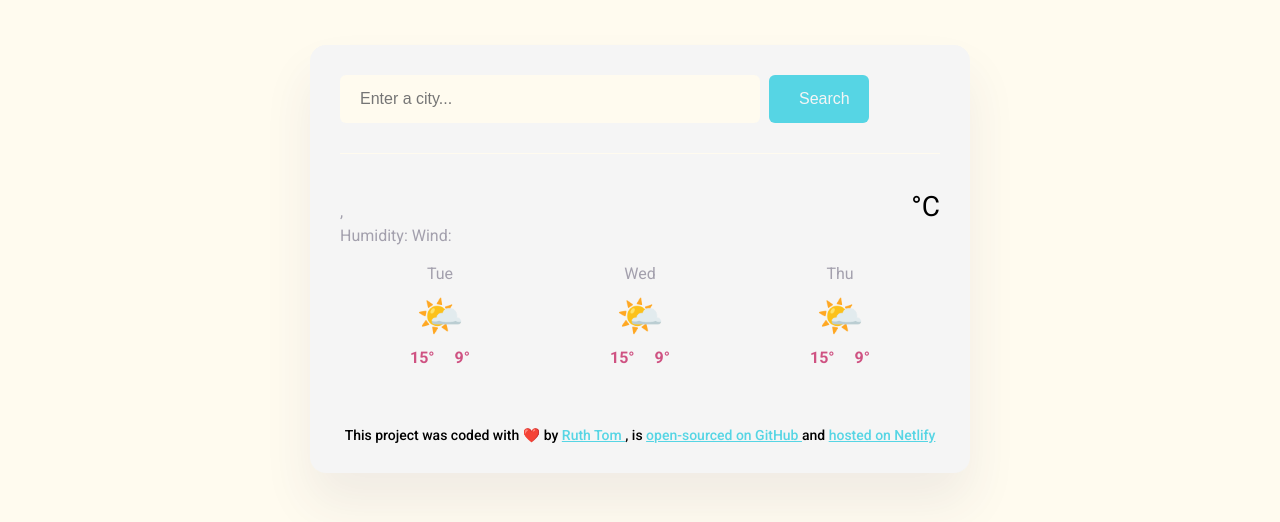
Repository: RuthTom711/Weatherly-App
Page: index.html
These files come from the project's save history. The page is drawn as it stood at one moment and after the next save; the edit follows.
The browser window is 1280 px wide. The pictures show the whole page.
The page's requests for data from a server got no answer. Some web libraries are served in a nearby version.

Above is the page before, as saved 2025-11-13 20:27:22.
Console error (its wording comes from the project's code and is left out).

After the next save:
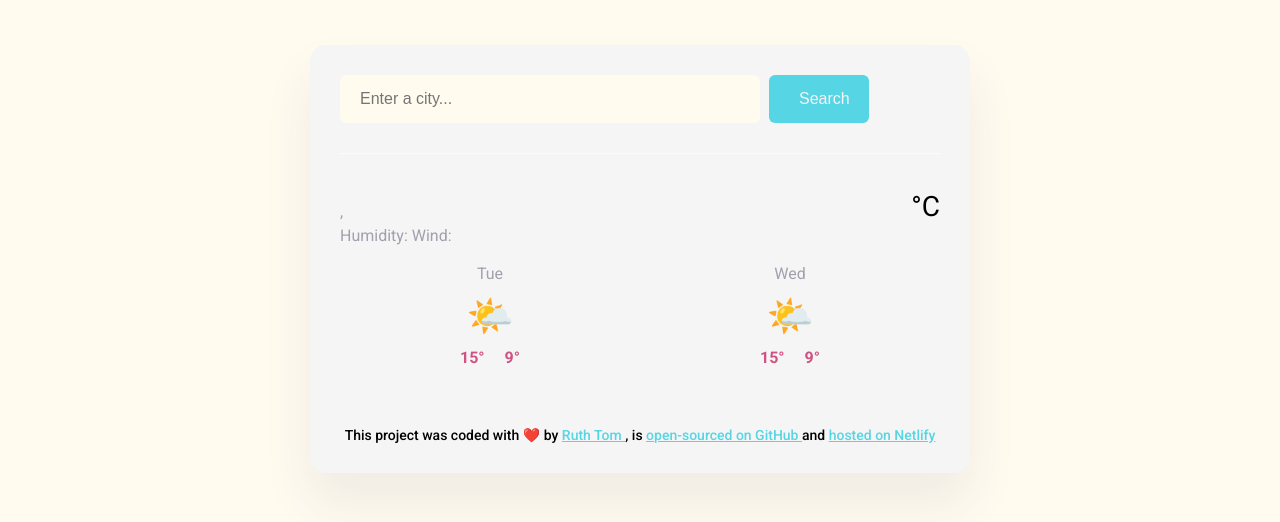
Saved 6 s later.
--- a/index.html
+++ b/index.html
@@ -66,14 +66,7 @@
             </div>
           </div>
 
-          <div class="weather-forecast-day">
-            <div class="weather-forecast-date">Thu</div>
-            <div class="weather-forecast-icon">🌤️</div>
-            <div class="weather-forecast-temperatures">
-              <div class="weather-forecast-temperature"><strong>15°</strong></div>
-              <div class="weather-forecast-temperature"><strong>9°</strong></div>
-            </div>
-          </div>
+
 
 
 
